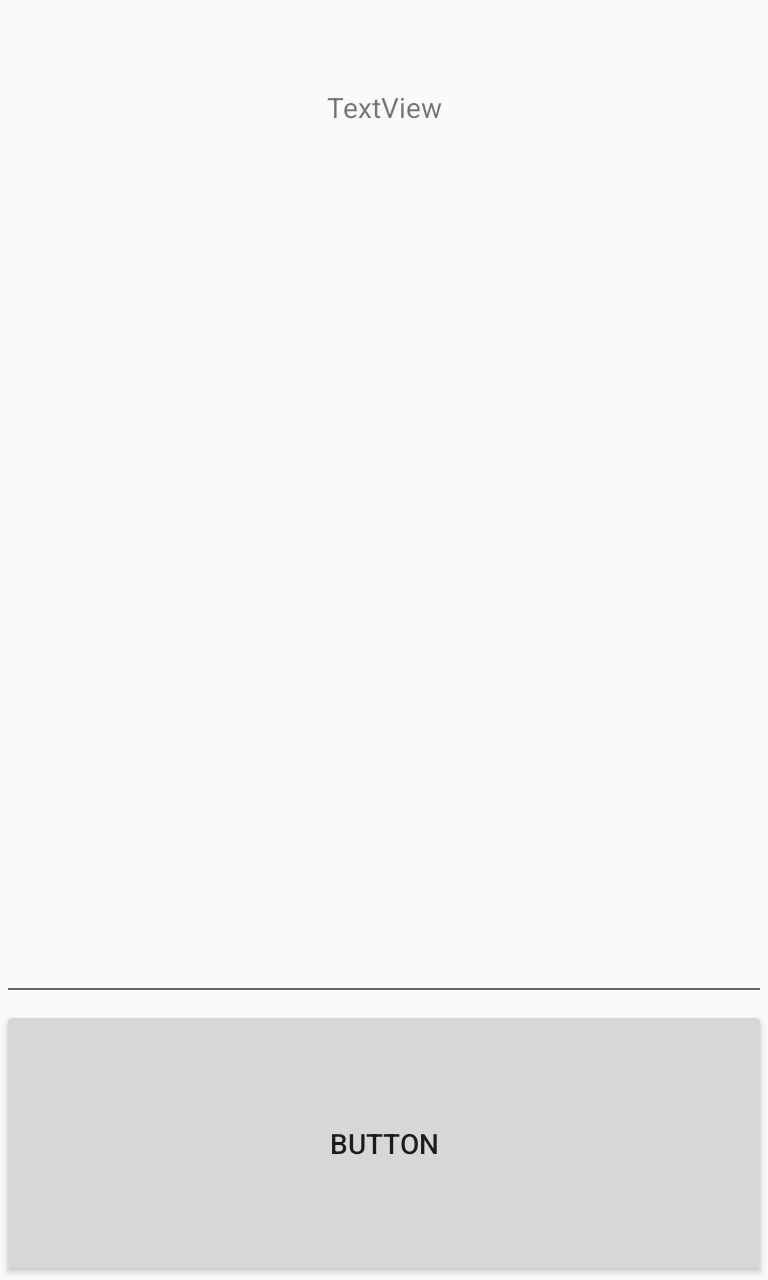
Repository: harsha20011992/Android-Projects
Layout: NotePadLatest/res/layout/fragmentnotes.xml
These files come from the project's save history. The layout is drawn as it stood at one moment and after the next save; the edit follows.
It is drawn on a 768 x 1280 px phone screen (xhdpi) without system bars, with theme AppTheme; the app's code is not run.

Above is the layout before, as saved 2014-10-13 19:38:27.

### NotePadLatest/res/layout/fragmentnotes.xml
<?xml version="1.0" encoding="utf-8"?>
<LinearLayout xmlns:android="http://schemas.android.com/apk/res/android"
    android:layout_width="match_parent"
    android:layout_height="match_parent"
    android:orientation="vertical" >

    <TextView
        android:id="@+id/notepadtitle"
        android:layout_width="match_parent"
        android:layout_height="wrap_content"
        android:text="TextView"
        android:layout_weight="2"
        android:gravity="center" />

    <EditText
        android:id="@+id/notepadtext"
        android:layout_width="match_parent"
        android:layout_height="wrap_content"
        android:layout_weight="8">


    </EditText>

    <Button
        android:id="@+id/notepadsave"
        android:layout_width="match_parent"
        android:layout_height="wrap_content"
        android:text="Button"
        android:gravity="center"
        android:layout_weight="2" />

</LinearLayout>

Loaded but not shown: NotePadLatest/res/values/styles.xml (common file); NotePadLatest/res/values-v11/styles.xml (common file); NotePadLatest/res/values-v14/styles.xml (common file)

After the next save:
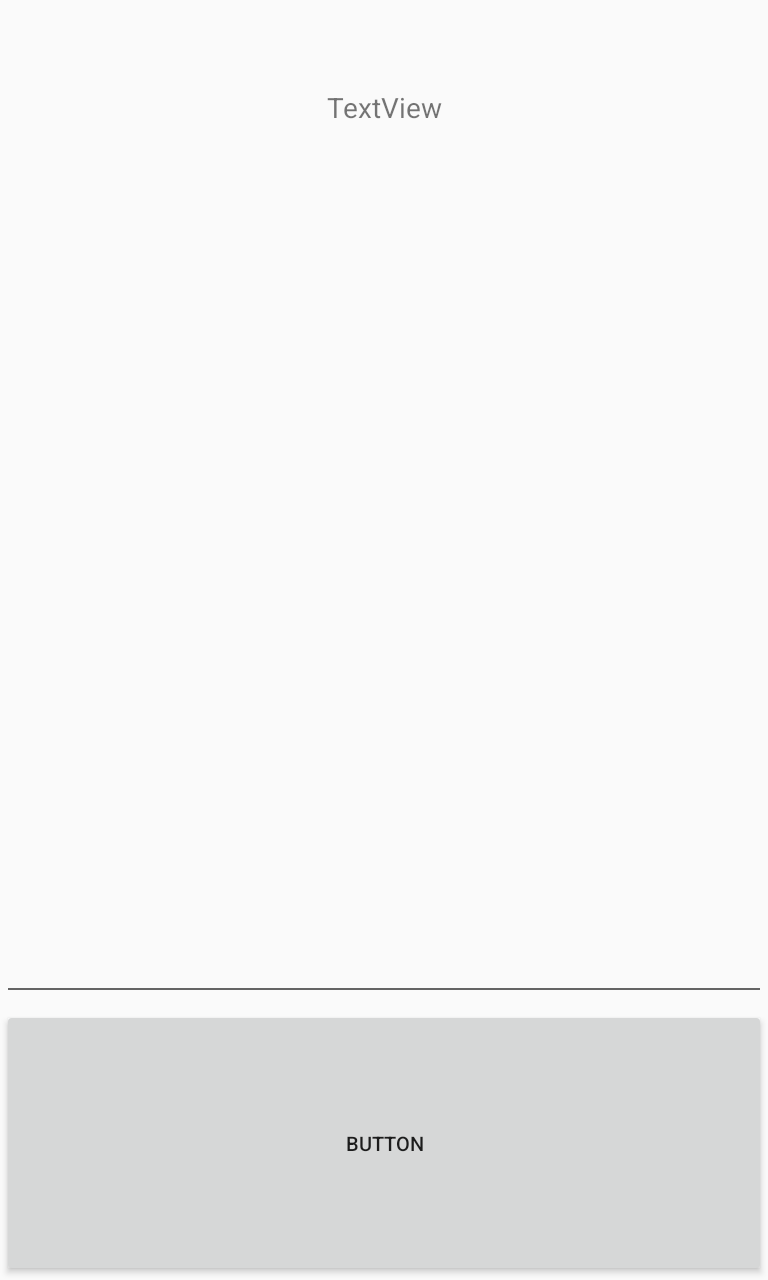
Saved 33 s later.
--- a/NotePadLatest/res/layout/fragmentnotes.xml
+++ b/NotePadLatest/res/layout/fragmentnotes.xml
@@ -27,6 +27,7 @@
         android:layout_height="wrap_content"
         android:text="Button"
         android:gravity="center"
+        android:textSize="10dp"
         android:layout_weight="2" />
 
 </LinearLayout>
